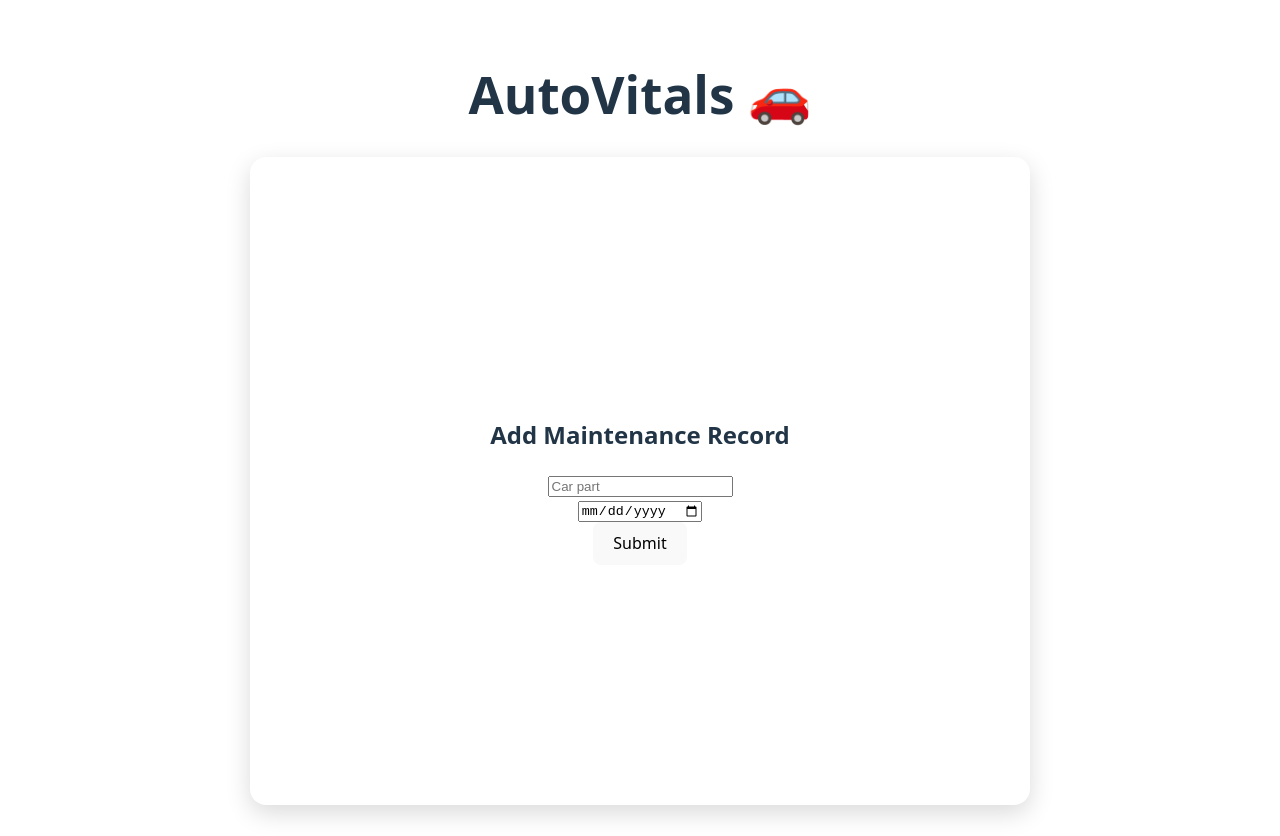
Repository: YoussefAzmires/wevdebautovitals
Page: /search (app in frontend/)
These files come from the project's save history. The page is drawn as it stood at one moment and after the next save; the edit follows.
The browser window is 1280 px wide. The pictures show the whole page.
The project was rebuilt for these pictures with package versions that can differ from the ones it lists, and the page was loaded fresh each time. Also part of the build but not shown: frontend/vite.config.ts.

Above is the page before, as saved 2025-04-13 15:42:18.

### frontend/src/App.tsx
import './App.css'
import AddMaintenanceRecordsForm from "./components/AddMaintenanceRecordsForm/AddMaintenanceRecordsForm";
function App() {
  return (
    <div>
      <h1>AutoVitals 🚗</h1>
      <AddMaintenanceRecordsForm />
    </div>
  );
}


export default App

### frontend/src/components/AddMaintenanceRecordsForm/AddMaintenanceRecordsForm.tsx
import { JSX } from 'react';
import './AddMaintenanceRecordsForm.css'



export default function AddMaintenanceRecordsForm() : JSX.Element {
    return (
      <form>
        <h2>Add Maintenance Record</h2>
        <input type="text" placeholder="Car part" />
        <br />
        <input type="date" />
        <br />
        <button type="submit">Submit</button>
      </form>
    );
  }

### frontend/src/components/AddMaintenanceRecordsForm/AddMaintenanceRecordsForm.css
form{
  background-color: white;
  padding: 15em;
  border-radius: 16px;
  box-shadow: 0 8px 24px rgba(0, 0, 0, 0.15);
}

Loaded but not shown: frontend/index.html (common file); frontend/src/main.tsx (common file); frontend/src/index.css (common file); frontend/src/App.css (common file)

After the next save:
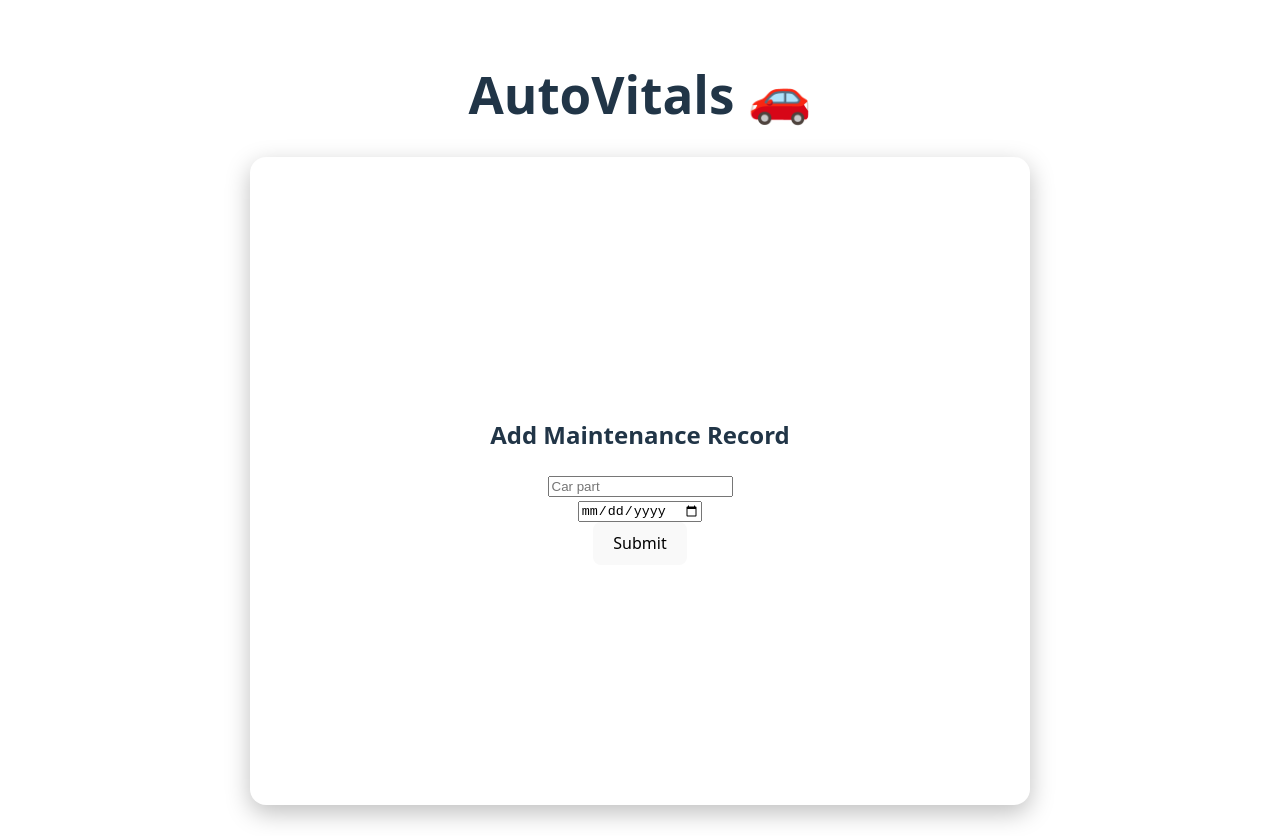
Saved 5 s later.
--- a/frontend/src/components/AddMaintenanceRecordsForm/AddMaintenanceRecordsForm.css
+++ b/frontend/src/components/AddMaintenanceRecordsForm/AddMaintenanceRecordsForm.css
@@ -2,5 +2,5 @@ form{
   background-color: white;
   padding: 15em;
   border-radius: 16px;
-  box-shadow: 0 8px 24px rgba(0, 0, 0, 0.15);
+  box-shadow: 0 8px 24px rgba(0, 0, 0, 0.25);
 }
